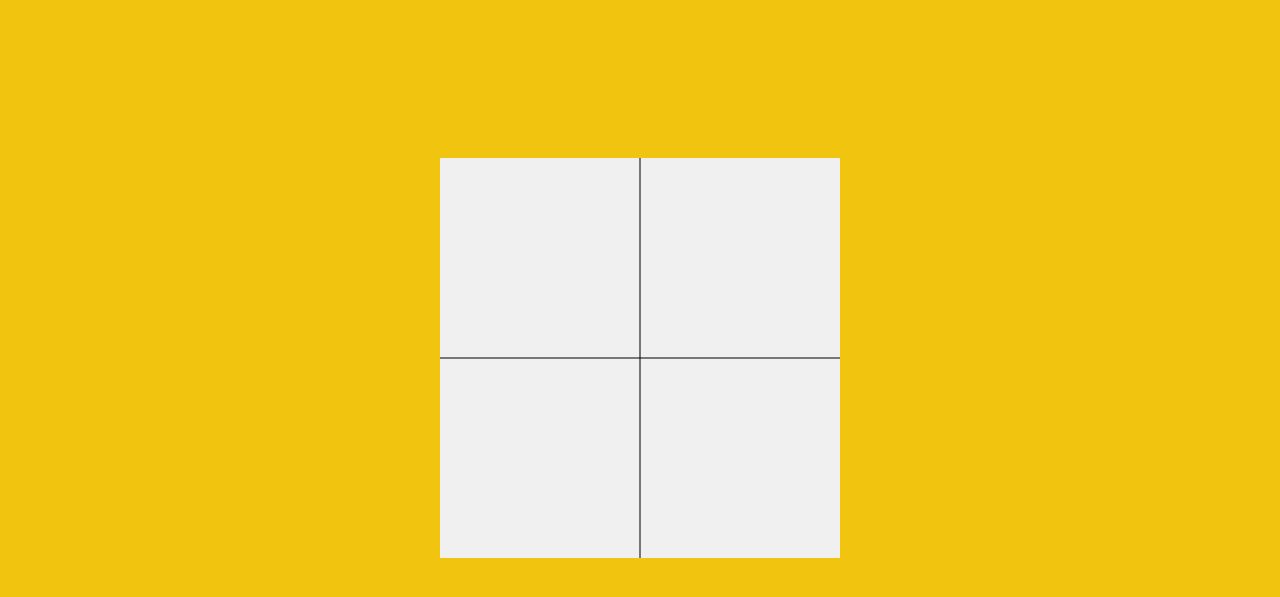
Repository: animarcus/graphing-app
Page: index.html
These files come from the project's save history. The page is drawn as it stood at one moment and after the next save; the edit follows.
The browser window is 1280 px wide. The pictures show the whole page.
Some web libraries are served in a nearby version.

Above is the page before, as saved 2020-09-26 19:28:09.

### index.html
<!DOCTYPE html>
<html lang="en">
<head>
  <link rel="apple-touch-icon"sizes="180x180"href="/icons/apple-touch-icon.png">
  <link rel="icon"type="image/png"sizes="32x32"href="/icons/favicon-32x32.png">
  <link rel="icon"type="image/png"sizes="16x16"href="/icons/favicon-16x16.png">
  <link rel="manifest"href="/icons/site.webmanifest">

  <link rel="stylesheet" href="css/style.css">
  <meta charset="UTF-8">
  <meta name="viewport" content="width=device-width, initial-scale=1.0, maximum-scale=1.0, user-scalable=0">
  <title>PLACEHOLDER</title>

  <script type="text/javascript" src="https://cdn.jsdelivr.net/npm/p5@1.1.4/lib/p5.min.js"></script>
  <script src="js/sketch.js"></script>
</head>
<body>
  <div id="canvas1"></div>
</body>
</html>

### css/style.css
* {
  cursor: default;
  /* -webkit-touch-callout: none;
  -webkit-user-select: none;
  -khtml-user-select: none;
  -moz-user-select: none;
  -ms-user-select: none;
  user-select: none; */
}
body {
  background: #f1c40f;
  height: 100%;
  overflow-y: hidden;
  overflow-x: hidden;
  /* border-radius: 50%; */
}

#canvas1 {
  position: absolute;
  top:50%;
  left:50%;
  transform: translate(-50%,-50%);
}

### js/sketch.js

let canvasW = 400;
let canvasH = 400;

function setup() {
  let canvas = createCanvas(canvasW,canvasH);
  canvas.parent("canvas1");

  background(240);
  translate(canvasW/2, canvasH/2);

  stroke('rgba(0%, 0%, 0%, 0.5)');
  strokeWeight(2);
  line(-canvasW/2, 0, canvasW/2, 0);
  line(0, -canvasH/2, 0, canvasH/2);
}


function draw() {
  fill(color("green"));
  drawHandlers.drawGrid();
}


let drawHandlers = {
  drawGrid : function() {

  }
};

After the next save:
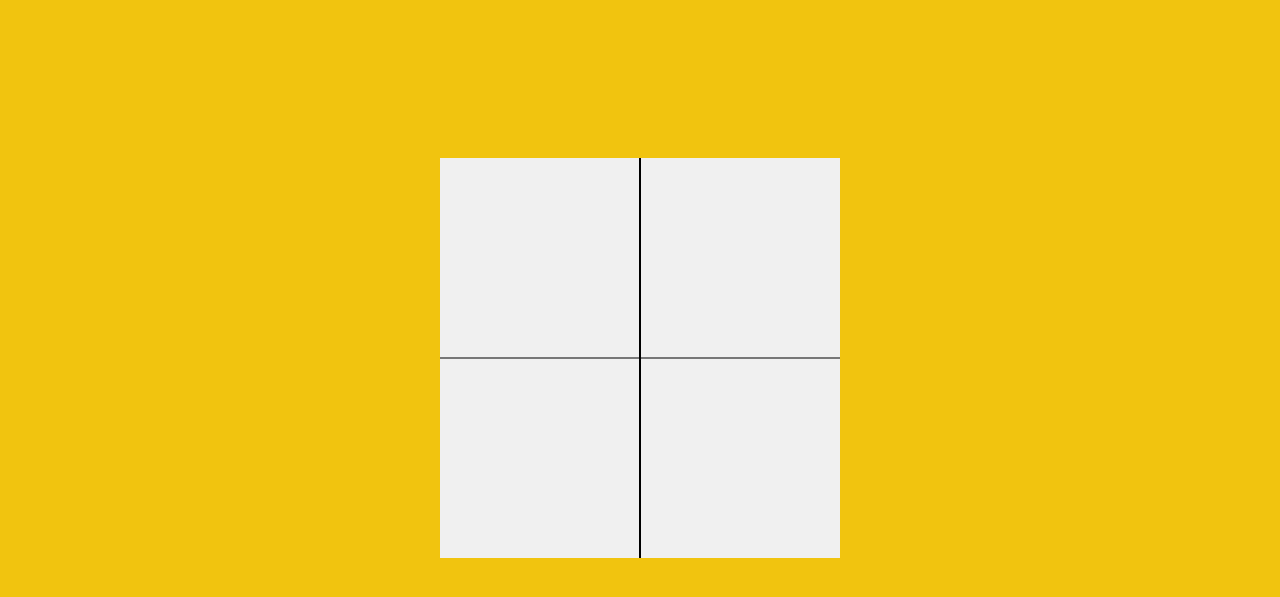
Saved 69 s later.
--- a/js/sketch.js
+++ b/js/sketch.js
@@ -13,6 +13,11 @@ function setup() {
   strokeWeight(2);
   line(-canvasW/2, 0, canvasW/2, 0);
   line(0, -canvasH/2, 0, canvasH/2);
+
+  strokeWeight(1);
+  for (let i = -canvasW/2; i < canvasW/2; i++) {
+    line(0, -canvasH/2, 0, canvasH/2);
+  }
 }
 
 
